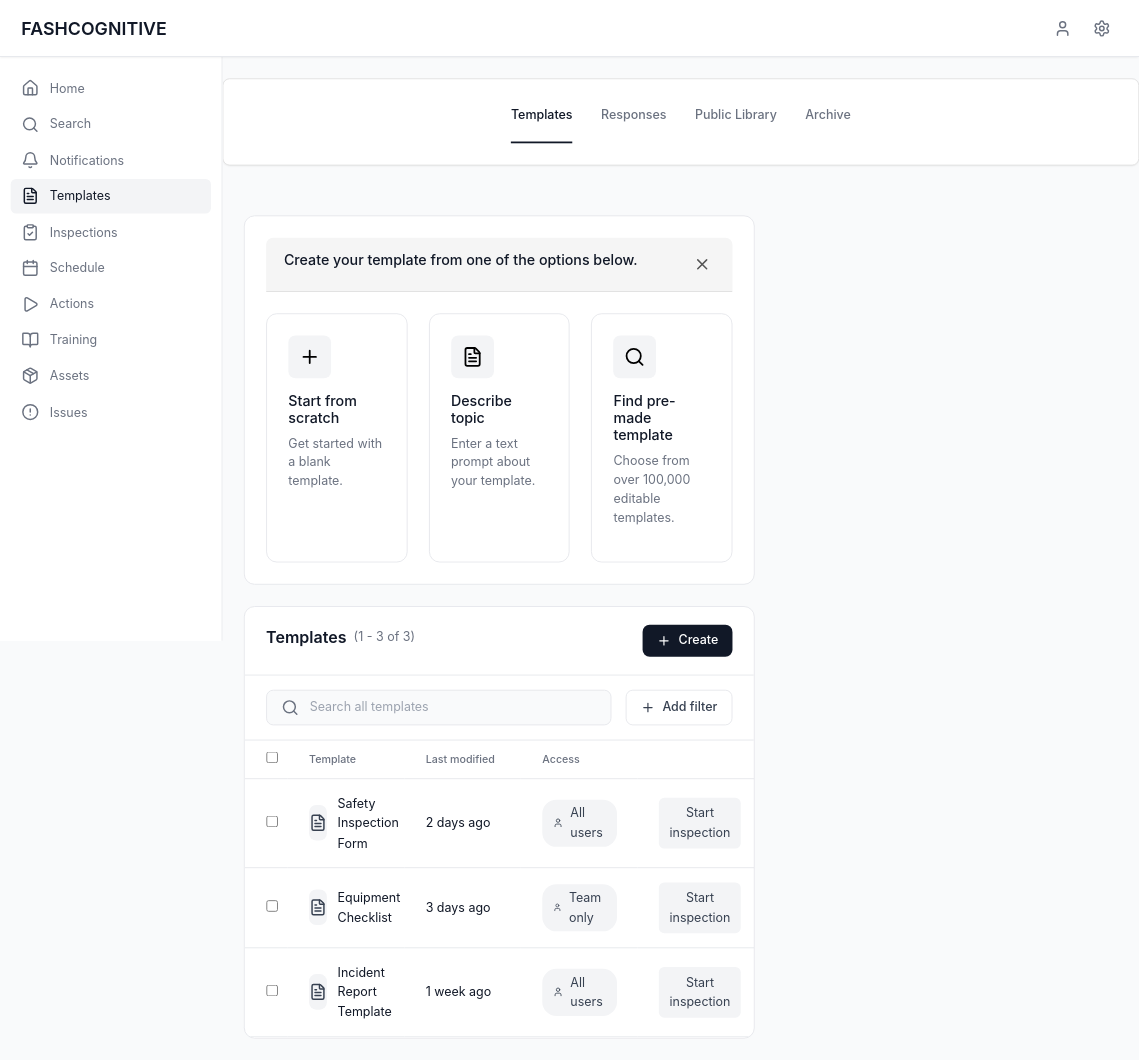
Repository: loganand612/fashcognitive-intern
Page: /template (app in fash/)
These files come from the project's save history. The page is drawn as it stood at one moment and after the next save; the edit follows.
The browser window is 1280 px wide. The pictures show the whole page, at 89% of full size.
The project was rebuilt for these pictures with package versions that can differ from the ones it lists, and the page was loaded fresh each time. Also part of the build but not shown: fash/src/pages/Login.css, fash/src/pages/Register.css, fash/src/pages/Home.tsx, fash/src/pages/Login.tsx, fash/src/pages/Register.tsx, fash/src/pages/Home2.tsx, fash/src/pages/Create_template.tsx, fash/src/pages/Dashboard.tsx. Imported but missing from the stored project, and not drawn on this page: fash/src/pages/assets/head1.mp4.

Above is the page before, as saved 2025-04-12 18:22:53.

### fash/src/index.tsx
import React from 'react';
import ReactDOM from 'react-dom/client';

// Import third-party styles first
import 'bootstrap/dist/css/bootstrap.min.css';
import '@fortawesome/fontawesome-free/css/all.min.css';

// Import page-specific styles last
import './pages/Home.css';
import './pages/Home2.css';
import './pages/Login.css';
import './pages/Register.css';
import './pages/Dashboard.css';
import './pages/Template.css';
import './pages/Create_template.css';

import App from './App';
import reportWebVitals from './reportWebVitals';

const root = ReactDOM.createRoot(
  document.getElementById('root') as HTMLElement
);
root.render(
  <React.StrictMode>
    <App />
  </React.StrictMode>
);

// If you want to start measuring performance in your app, pass a function
// to log results (for example: reportWebVitals(console.log))
// or send to an analytics endpoint. Learn more: https://bit.ly/CRA-vitals
reportWebVitals();

### fash/src/pages/Home.css
/* Reset & Base Styles */
* {
  margin: 0;
  padding: 0;
  box-sizing: border-box;
  font-family: -apple-system, BlinkMacSystemFont, 'Segoe UI', Roboto, sans-serif;
}

body {
  font-family: -apple-system, BlinkMacSystemFont, 'Segoe UI', Roboto, sans-serif;
  background-color: #f8f9fe;
  color: #1f2937;
  line-height: 1.5;
}

/* Layout */
.page-wrapper {
  min-height: 100vh;
  display: flex;
  flex-direction: column;
}

.content-wrapper {
  display: flex;
  flex: 1;
  position: relative;
}

/* Navigation */
.navbar {
  background: white;
  height: 64px;
  padding: 0 2rem;
  box-shadow: 0 1px 3px rgba(0,0,0,0.1);
  display: flex;
  align-items: center;
  justify-content: space-between;
  position: fixed;
  top: 0;
  left: 0;
  right: 0;
  z-index: 1000;
}

.logo {
  font-weight: bold;
  font-size: 1.5rem;
  color: #302d2d;
  text-decoration: none;
  transition: all 0.3s ease;
}

.logo:hover {
  color: #2563eb;
}

.nav-links {
  display: flex;
  gap: 1rem;
  align-items: center;
}

/* Buttons */
.btn {
  padding: 0.5rem 1rem;
  border-radius: 0.375rem;
  border: none;
  cursor: pointer;
  font-size: 0.875rem;
  font-weight: 500;
  text-decoration: none;
  transition: all 0.3s ease;
}

.btn-primary {
  background: #3b82f6;
  color: white;
}

.btn-primary:hover {
  background: #c0ceec;
}

.btn-secondary {
  background: #ffffff;
  border: 1px solid #e5e7eb;
  color: #4b5563;
}

.btn-secondary:hover {
  background: #d2d5da;
}

/* Language Selector */
.language-select {
  position: relative;
}

.language-btn {
  display: flex;
  align-items: center;
  gap: 0.5rem;
  padding: 0.5rem 1rem;
  border: 1px solid #e5e7eb;
  border-radius: 1.5rem;
  background: white;
  cursor: pointer;
  transition: all 0.3s ease;
}

.language-btn:hover {
  border-color: #3b82f6;
}

.language-dropdown {
  position: absolute;
  top: calc(100% + 0.5rem);
  right: 0;
  background: white;
  border-radius: 0.5rem;
  box-shadow: 0 4px 6px rgba(0,0,0,0.1);
  padding: 0.5rem 0;
  display: none;
  min-width: 150px;
  z-index: 1000;
}

.language-select:hover .language-dropdown {
  display: block;
}

.language-option {
  padding: 0.5rem 1rem;
  cursor: pointer;
  transition: all 0.3s ease;
}

.language-option:hover {
  background: #f8f9fe;
  color: #3b82f6;
}

/* Notification Badge */
.notification-badge {
  position: relative;
}

.notification-badge::after {
  content: '';
  position: absolute;
  top: -2px;
  right: -2px;
  width: 8px;
  height: 8px;
  background-color: #ef4444;
  border-radius: 50%;
  border: 2px solid white;
}

/* Sidebar */
.sidebar {
  width: 250px;
  background: white;
  height: calc(100vh - 64px);
  position: fixed;
  top: 64px;
  left: 0;
  padding: 1.5rem 1rem;
  border-right: 1px solid #e5e7eb;
  overflow-y: auto;
  z-index: 100;
}

.sidebar-link {
  display: flex;
  align-items: center;
  padding: 0.75rem 1rem;
  color: #4b5563;
  text-decoration: none;
  border-radius: 0.5rem;
  margin-bottom: 0.5rem;
  transition: all 0.3s ease;
}

.sidebar-link:hover {
  background: #f8f9fe;
  color: #3b82f6;
}

.sidebar-link.active {
  background: #3b82f6;
  color: white;
}

/* Main Content */
.main-content {
  margin-left: 250px;
  margin-top: 64px;
  padding: 5rem;
  width: calc(100% - 250px);
  min-height: calc(100vh - 64px);
}

.landing-content {
  display: flex;
  justify-content: space-between;
  align-items: center;
  gap: 4rem;
  max-width: 1200px;
  margin: 0 auto;
}

.content-left {
  flex: 1;
}

.content-left h1 {
  font-size: 2.5rem;
  color: #1f2937;
  margin-bottom: 2rem;
  line-height: 1.2;
}

.feature-list {
  list-style: none;
}

.feature-list li {
  display: flex;
  align-items: center;
  gap: 1rem;
  margin-bottom: 1rem;
  color: #4b5563;
}

.feature-list li::before {
  content: "";
  width: 20px;
  height: 20px;
  background: #3b82f6;
  border-radius: 50%;
  opacity: 0.2;
}

.qr-container {
  background: white;
  padding: 1rem;
  border-radius: 20px;
  box-shadow: 0 10px 15px rgba(0,0,0,0.1);
  transition: all 0.3s ease;
}

.qr-container:hover {
  transform: translateY(-5px);
  box-shadow: 0 4px 6px rgba(0,0,0,0.1);
}

.qr-code {
  width: 100%;
  max-width: 300px;
}

/* Footer */
.footer {
  background: white;
  padding: 5rem 7rem;
  margin-top: auto;
  margin-left: 250px;
}

.footer-content {
  max-width: 1500px;
  margin: 0 auto;
  display: grid;
  grid-template-columns: repeat(4, 1fr);
  gap: 2rem;
}

.footer-section h3 {
  color: #3b82f6;
  margin-bottom: 1rem;
  font-size: 1.1rem;
}

.footer-section ul {
  list-style: none;
}

.footer-section ul li {
  margin-bottom: 0.5rem;
}

.footer-section ul li a {
  color: #4b5563;
  text-decoration: none;
  transition: all 0.3s ease;
}

.footer-section ul li a:hover {
  color: #3b82f6;
}

.footer-bottom {
  max-width: 1200px;
  margin: 2rem auto 0;
  padding-top: 6rem;
  border-top: 1px solid #e5e7eb;
  text-align: center;
}

.store-buttons {
  display: flex;
  justify-content: center;
  gap: 1rem;
  margin-top: 1rem;
}

.store-buttons img {
  height: 40px;
  transition: all 0.3s ease;
}

.store-buttons img:hover {
  transform: translateY(-2px);
}

/* Mobile Menu Button */
.mobile-menu-btn {
  display: none;
  padding: 0.5rem;
  cursor: pointer;
  background: none;
  border: none;
}

/* Responsive Design */
@media (max-width: 1024px) {
  .sidebar {
      width: 200px;
  }

  .main-content {
      margin-left: 200px;
      width: calc(100% - 200px);
  }

  .footer {
      margin-left: 200px;
  }
}

@media (max-width: 768px) {
  .navbar {
      padding: 0 1rem;
  }

  .mobile-menu-btn {
      display: block;
  }

  .nav-links {
      display: none;
  }

  .nav-links.active {
      display: flex;
      flex-direction: column;
      position: absolute;
      top: 64px;
      left: 0;
      right: 0;
      background: white;
      padding: 1rem;
      box-shadow: 0 4px 6px rgba(0,0,0,0.1);
  }

  .sidebar {
      transform: translateX(-100%);
      transition: transform 0.3s ease;
  }

  .sidebar.active {
      transform: translateX(0);
  }

  .main-content,
  .footer {
      margin-left: 0;
      width: 100%;
  }

  .landing-content {
      flex-direction: column;
      text-align: center;
      padding: 1rem;
  }

  .content-left h1 {
      font-size: 2rem;
  }

  .footer-content {
      grid-template-columns: repeat(2, 1fr);
  }
}

@media (max-width: 480px) {
  .footer-content {
      grid-template-columns: 1fr;
  }
}

### fash/src/pages/Dashboard.css
.dashboard-container {
  display: flex;
  flex-direction: column;
  min-height: 100vh;
}

/* Navbar */
.navbar {
  position: fixed;
  top: 0;
  left: 0;
  right: 0;
  height: 64px;
  background: white;
  border-bottom: 1px solid #e5e7eb;
  display: flex;
  align-items: center;
  justify-content: space-between;
  padding: 0 24px;
  z-index: 50;
}

.navbar-brand {
  font-size: 20px;
  font-weight: 600;
}

.navbar-actions {
  display: flex;
  gap: 8px;
}

.nav-button {
  padding: 8px;
  background: none;
  border: none;
  border-radius: 8px;
  color: #6b7280;
  cursor: pointer;
  transition: all 0.2s;
}

.nav-button:hover {
  background-color: #f3f4f6;
  color: #111827;
}

.nav-icon {
  width: 20px;
  height: 20px;
}

/* Sidebar */
.sidebar {
  position: fixed;
  top: 64px;
  left: 0;
  width: 250px;
  height: calc(100vh - 64px);
  background: white;
  border-right: 1px solid #e5e7eb;
  padding: 16px 12px;
  overflow-y: auto;
}

.sidebar-nav {
  display: flex;
  flex-direction: column;
  gap: 2px;
}

.nav-link {
  display: flex;
  align-items: center;
  padding: 8px 12px;
  color: #6b7280;
  text-decoration: none;
  border-radius: 6px;
  transition: all 0.2s;
}

.nav-link:hover {
  background-color: #f3f4f6;
  color: #111827;
}

.nav-link .nav-icon {
  margin-right: 12px;
}

/* Main Content */
.main-content {
  margin-left: 250px;
  margin-top: 64px;
  padding: 32px;
  background-color: #f9fafb;
  min-height: calc(100vh - 64px);
}

/* Header Section */
.header-section {
  display: flex;
  justify-content: space-between;
  align-items: center;
  margin-bottom: 24px;
}

.page-title {
  font-size: 24px;
  font-weight: 600;
  color: #111827;
}

.user-tags {
  display: flex;
  align-items: center;
  gap: 8px;
}

.user-tag {
  display: flex;
  align-items: center;
  justify-content: center;
  min-width: 32px;
  height: 32px;
  padding: 0 12px;
  background-color: #f3f4f6;
  border-radius: 16px;
  font-size: 14px;
  font-weight: 500;
  color: #374151;
}

.user-count {
  display: flex;
  align-items: center;
  justify-content: center;
  height: 32px;
  padding: 0 12px;
  background-color: #f3f4f6;
  border-radius: 16px;
  font-size: 14px;
  font-weight: 500;
  color: #374151;
}

.add-user-button {
  height: 32px;
  padding: 0 16px;
  background-color: #111827;
  color: white;
  border: none;
  border-radius: 16px;
  font-size: 14px;
  font-weight: 500;
  cursor: pointer;
  transition: background-color 0.2s;
}

.add-user-button:hover {
  background-color: #1f2937;
}

/* Summary Cards */
.summary-cards {
  display: grid;
  grid-template-columns: repeat(3, 1fr);
  gap: 24px;
  margin-bottom: 32px;
}

.summary-card {
  background: white;
  border: 1px solid #e5e7eb;
  border-radius: 12px;
  padding: 24px;
  display: flex;
  align-items: center;
  justify-content: space-between;
}

.card-content {
  display: flex;
  align-items: center;
  gap: 16px;
}

.card-icon {
  width: 48px;
  height: 48px;
  background: #f3f4f6;
  border-radius: 8px;
  display: flex;
  align-items: center;
  justify-content: center;
}

.card-icon .icon {
  width: 24px;
  height: 24px;
  color: #374151;
}

.card-info {
  display: flex;
  flex-direction: column;
}

.card-count {
  font-size: 24px;
  font-weight: 600;
  color: #111827;
  line-height: 1.2;
}

.card-label {
  font-size: 14px;
  color: #6b7280;
}

.card-sublabel {
  font-size: 12px;
  color: #9ca3af;
  margin-top: 2px;
}

.card-arrow {
  width: 20px;
  height: 20px;
  color: #9ca3af;
}

/* Recent Activity */
.recent-activity {
  background: white;
  border: 1px solid #e5e7eb;
  border-radius: 12px;
  overflow: hidden;
}

.section-title {
  font-size: 18px;
  font-weight: 600;
  color: #111827;
  padding: 20px 24px;
  border-bottom: 1px solid #e5e7eb;
}

.activity-list {
  display: flex;
  flex-direction: column;
}

.activity-item {
  display: flex;
  align-items: center;
  justify-content: space-between;
  padding: 16px 24px;
  border-bottom: 1px solid #e5e7eb;
}

.activity-item:last-child {
  border-bottom: none;
}

.activity-info {
  display: flex;
  flex-direction: column;
  gap: 4px;
}

.activity-title {
  font-size: 14px;
  font-weight: 500;
  color: #111827;
}

.activity-meta {
  display: flex;
  gap: 16px;
}

.meta-type,
.meta-date {
  font-size: 14px;
  color: #6b7280;
}

.status-badge {
  padding: 4px 12px;
  border-radius: 16px;
  font-size: 14px;
  font-weight: 500;
}

.status-badge.completed {
  background-color: #f3f4f6;
  color: #111827;
}

.status-badge.in-progress {
  background-color: #f3f4f6;
  color: #6b7280;
}

/* Responsive */
@media (max-width: 1024px) {
  .summary-cards {
    grid-template-columns: repeat(2, 1fr);
  }
}

@media (max-width: 768px) {
  .summary-cards {
    grid-template-columns: 1fr;
  }

  .sidebar {
    width: 64px;
  }

  .nav-link span {
    display: none;
  }

  .main-content {
    margin-left: 64px;
  }
}

### fash/src/pages/Template.css
.app-container {
  min-height: 100vh;
  display: flex;
  flex-direction: column;
  background-color: #f9fafb;
}

/* Navbar */
.navbar {
  position: fixed;
  top: 0;
  left: 0;
  right: 0;
  height: 64px;
  background: white;
  border-bottom: 1px solid #e5e7eb;
  display: flex;
  align-items: center;
  justify-content: space-between;
  padding: 0 24px;
  z-index: 50;
}

.navbar-brand {
  font-size: 20px;
  font-weight: 600;
  color: #111827;
}

.navbar-actions {
  display: flex;
  gap: 8px;
}

.nav-button {
  padding: 8px;
  background: none;
  border: none;
  border-radius: 8px;
  color: #6b7280;
  cursor: pointer;
  transition: all 0.2s;
  display: flex;
  align-items: center;
  justify-content: center;
}

.nav-button:hover {
  background-color: #f3f4f6;
  color: #111827;
}

/* Sidebar */
.sidebar {
  position: fixed;
  top: 64px;
  left: 0;
  width: 250px;
  height: calc(100vh - 64px);
  background: white;
  border-right: 1px solid #e5e7eb;
  padding: 16px 12px;
  overflow-y: auto;
  z-index: 40;
}

.sidebar-nav {
  display: flex;
  flex-direction: column;
  gap: 2px;
}

.nav-link {
  display: flex;
  align-items: center;
  gap: 12px;
  padding: 8px 12px;
  color: #6b7280;
  text-decoration: none;
  border-radius: 6px;
  transition: all 0.2s;
  font-size: 14px;
}

.nav-link:hover {
  background-color: #f3f4f6;
  color: #111827;
}

.nav-link.active {
  background-color: #f3f4f6;
  color: #111827;
}

/* Main Content */
.template-container {
  margin-left: 250px;
  margin-top: 64px;
  min-height: calc(100vh - 64px);
  background-color: #f9fafb;
  flex: 1;
  display: flex;
  flex-direction: column;
}

.template-header {
  position: sticky;
  top: 64px;
  background-color: white;
  border-bottom: 1px solid #e5e7eb;
  z-index: 30;
  margin-bottom: 0;
  width: 100%;
}

.template-tabs {
  max-width: 1200px;
  margin: 0 auto;
  display: flex;
  gap: 32px;
  padding: 0 32px;
  height: 48px; /* Fixed height for the tabs */
  align-items: center;
}

.tab {
  padding: 0 0 14px 0;
  font-size: 14px;
  font-weight: 500;
  color: #6b7280;
  background: none;
  border: none;
  border-bottom: 2px solid transparent;
  cursor: pointer;
  transition: all 0.2s;
  height: 100%;
  display: flex;
  align-items: center;
}

.tab:hover {
  color: #111827;
}

.tab.active {
  color: #111827;
  border-bottom-color: #111827;
}

.template-content {
  max-width: 1200px;
  width: 100%;
  margin: 0 auto;
  padding: 16px 32px;
  flex: 1;
}

/* Creation Section */
.creation-section {
  background: white;
  border-radius: 12px;
  border: 1px solid #e5e7eb;
  margin-top: 0;
  margin-bottom: 24px;
  padding: 24px;
  width: 100%;
}

.section-header {
  display: flex;
  justify-content: space-between;
  align-items: center;
  margin-bottom: 24px;
  width: 100%;
}

.section-header h2 {
  font-size: 16px;
  font-weight: 500;
  color: #111827;
}

.close-button {
  padding: 8px;
  background: none;
  border: none;
  border-radius: 8px;
  color: #6b7280;
  cursor: pointer;
  transition: all 0.2s;
  display: flex;
  align-items: center;
  justify-content: center;
}

.close-button:hover {
  background-color: #f3f4f6;
  color: #111827;
}

.creation-options {
  display: grid;
  grid-template-columns: repeat(3, 1fr);
  gap: 24px;
  width: 100%;
}

.option-card {
  background: white;
  border: 1px solid #e5e7eb;
  border-radius: 12px;
  padding: 24px;
  cursor: pointer;
  transition: all 0.2s;
  height: 100%;
  display: flex;
  flex-direction: column;
}

.option-card:hover {
  border-color: #9ca3af;
}

.option-icon {
  width: 48px;
  height: 48px;
  background: #f3f4f6;
  border-radius: 8px;
  display: flex;
  align-items: center;
  justify-content: center;
  margin-bottom: 16px;
  flex-shrink: 0;
}

.option-card h3 {
  font-size: 16px;
  font-weight: 500;
  color: #111827;
  margin-bottom: 8px;
  margin-top: 0;
}

.option-card p {
  font-size: 14px;
  color: #6b7280;
  line-height: 1.5;
}

/* Templates Section */
.templates-section {
  background: white;
  border-radius: 12px;
  border: 1px solid #e5e7eb;
  overflow: hidden;
  width: 100%;
  margin-top: 0;
}

.templates-header {
  display: flex;
  justify-content: space-between;
  align-items: center;
  padding: 20px 24px;
  border-bottom: 1px solid #e5e7eb;
  width: 100%;
}

.templates-header h2 {
  font-size: 18px;
  font-weight: 600;
  color: #111827;
  display: flex;
  align-items: center;
  gap: 8px;
}

.count {
  font-size: 14px;
  font-weight: normal;
  color: #6b7280;
}

.create-button {
  display: flex;
  align-items: center;
  gap: 8px;
  padding: 8px 16px;
  background-color: #111827;
  color: white;
  border: none;
  border-radius: 8px;
  font-size: 14px;
  font-weight: 500;
  cursor: pointer;
  transition: background-color 0.2s;
  text-decoration: none;
  height: 36px;
}

.create-button:hover {
  background-color: #1f2937;
}

.search-controls {
  display: flex;
  gap: 16px;
  padding: 16px 24px;
  border-bottom: 1px solid #e5e7eb;
  width: 100%;
}

.search-field {
  flex: 1;
  display: flex;
  align-items: center;
  gap: 12px;
  padding: 8px 16px;
  background: #f9fafb;
  border: 1px solid #e5e7eb;
  border-radius: 8px;
  height: 40px;
}

.search-icon {
  color: #6b7280;
}

.search-field input {
  flex: 1;
  border: none;
  background: none;
  font-size: 14px;
  color: #111827;
  outline: none;
}

.search-field input::placeholder {
  color: #9ca3af;
}

.filter-button {
  display: flex;
  align-items: center;
  gap: 8px;
  padding: 8px 16px;
  background: white;
  border: 1px solid #e5e7eb;
  border-radius: 8px;
  font-size: 14px;
  font-weight: 500;
  color: #374151;
  cursor: pointer;
  transition: all 0.2s;
  height: 40px;
  white-space: nowrap;
}

.filter-button:hover {
  background: #f9fafb;
  border-color: #9ca3af;
}

/* Table Styles */
.templates-table {
  width: 100%;
  overflow-x: auto;
}

table {
  width: 100%;
  border-collapse: collapse;
  table-layout: fixed;
}

th {
  padding: 12px 24px;
  font-size: 12px;
  font-weight: 500;
  color: #6b7280;
  text-align: left;
  border-bottom: 1px solid #e5e7eb;
}

td {
  padding: 16px 24px;
  font-size: 14px;
  color: #111827;
  border-bottom: 1px solid #e5e7eb;
}

.checkbox-column {
  width: 48px;
  padding-right: 0;
}

.template-cell {
  display: flex;
  align-items: center;
  gap: 12px;
}

.template-icon {
  width: 40px;
  height: 40px;
  background: #f3f4f6;
  border-radius: 8px;
  display: flex;
  align-items: center;
  justify-content: center;
  color: #374151;
}

.access-badge {
  display: inline-flex;
  align-items: center;
  gap: 8px;
  padding: 4px 12px;
  background: #f3f4f6;
  border-radius: 16px;
  font-size: 14px;
  color: #374151;
}

.action-buttons {
  display: flex;
  align-items: center;
  gap: 8px;
}

.start-inspection {
  padding: 6px 12px;
  background: #f3f4f6;
  border: none;
  border-radius: 6px;
  font-size: 14px;
  color: #374151;
  cursor: pointer;
  transition: all 0.2s;
}

.start-inspection:hover {
  background: #e5e7eb;
}

.more-options {
  padding: 6px;
  background: none;
  border: none;
  border-radius: 6px;
  color: #6b7280;
  cursor: pointer;
  transition: all 0.2s;
  display: flex;
  align-items: center;
  justify-content: center;
}

.more-options:hover {
  background: #f3f4f6;
  color: #374151;
}

/* Responsive */
@media (max-width: 1024px) {
  .creation-options {
    grid-template-columns: repeat(2, 1fr);
  }
}

@media (max-width: 768px) {
  .creation-options {
    grid-template-columns: 1fr;
  }

  .template-tabs {
    gap: 16px;
    padding: 0 16px;
  }

  .template-content {
    padding: 16px;
  }
}

### fash/src/App.tsx
import { BrowserRouter as Router, Route, Routes } from 'react-router-dom';
import Home from './pages/Home';
import Login from './pages/Login';
import Register from './pages/Register';
import Home2 from './pages/Home2';
import Create_template from './pages/Create_template';
import Dashboard from './pages/Dashboard';
import Template from './pages/Template_page';

function App() {
    return (
        <div className="app-container">
            <Router>
                <div className="page-container">
                    <div className="content-container">
                        <Routes>
                            <Route path="/" element={<Home2 />} />
                            <Route path="/login" element={<Login />} />
                            <Route path="/register" element={<Register />} />
                            <Route path="/homee" element={<Home />} />
                            <Route path="/ct" element={<Create_template />} />
                            <Route path="/dashboard" element={<Dashboard />} />
                            <Route path="template" element={<Template />} />
                        </Routes>
                    </div>
                </div>
            </Router>
        </div>
    );
}

export default App;

### fash/src/reportWebVitals.ts
import { onCLS, onFID, onFCP, onLCP, onTTFB } from 'web-vitals';

const reportWebVitals = (onPerfEntry?: (metric: any) => void) => {
  if (onPerfEntry && onPerfEntry instanceof Function) {
    onCLS(onPerfEntry);
    onFID(onPerfEntry);
    onFCP(onPerfEntry);
    onLCP(onPerfEntry);
    onTTFB(onPerfEntry);
  }
};

export default reportWebVitals;

Loaded but not shown: fash/public/index.html (common file); fash/src/pages/Create_template.css (2714 lines, source omitted); fash/src/pages/Home2.css (1263 lines, source omitted); fash/src/pages/Template_page.tsx (192 lines, source omitted)

After the next save:
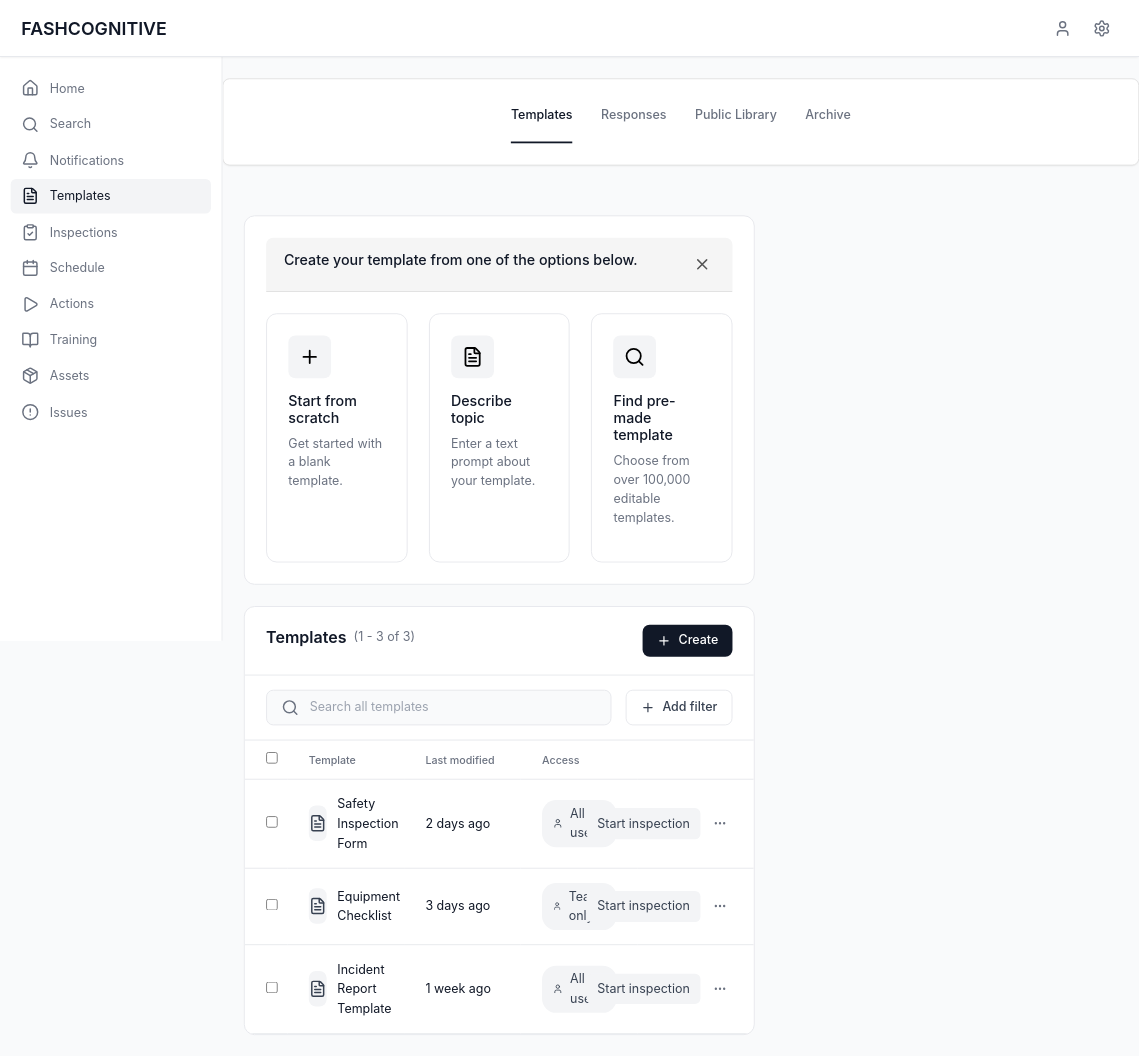
Saved 10 s later.
--- a/fash/src/pages/Template.css
+++ b/fash/src/pages/Template.css
@@ -426,6 +426,8 @@ td {
   display: flex;
   align-items: center;
   gap: 8px;
+  justify-content: flex-end;
+  white-space: nowrap;
 }
 
 .start-inspection {
